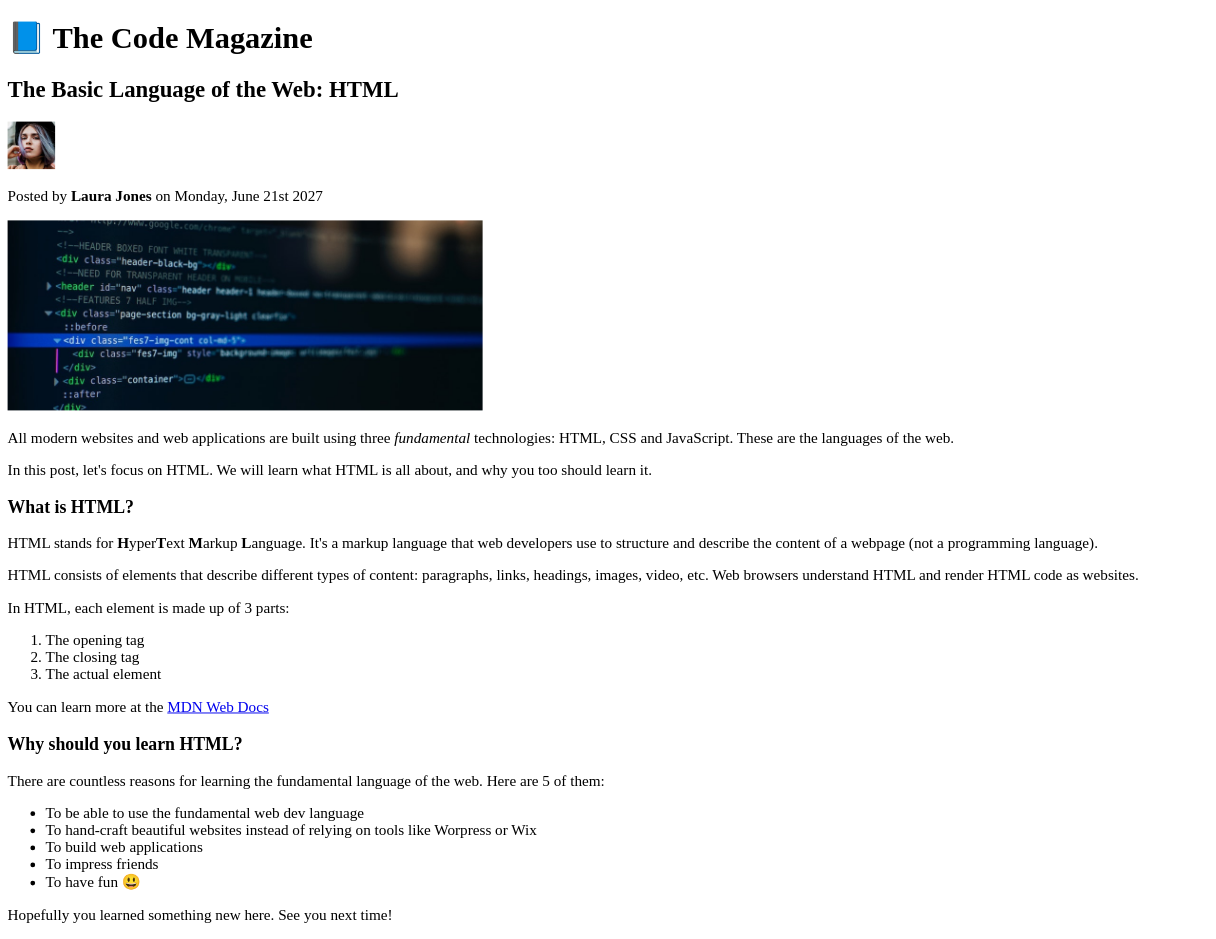
Repository: nghiakma/HTML-CSS-Fundamental
Page: HTML/index.html
These files come from the project's save history. The page is drawn as it stood at one moment and after the next save; the edit follows.
The browser window is 1280 px wide. The pictures show the whole page, at 95% of full size.

Above is the page before, as saved 2023-08-19 17:05:31.

### HTML/index.html
<!DOCTYPE html>
<html lang="en">

<head>
  <meta charset="UTF-8">
  <meta name="viewport" content="width=device-width, initial-scale=1.0">
  <title>The Basic Language of the web: HTML</title>
</head>

<body>
  <h1>📘 The Code Magazine</h1>
  <h2>The Basic Language of the Web: HTML</h2>
  <img src="./laura-jones.jpg" alt="Headshot of Laura Jones" height="50" width="50">
  <p>Posted by <strong>Laura Jones</strong> on Monday, June 21st 2027</p>
  <img src="./post-img.jpg" alt="HTML code on a screen" width="500" height="200">
  <p>
    All modern websites and web applications are built using three <em>fundamental</em> technologies: HTML, CSS and
    JavaScript.
    These are the languages of the web.
  </p>
  <p>
    In this post, let's focus on HTML. We will learn what HTML is all about, and why you too should learn it.
  </p>
  <h3>What is HTML?</h3>
  <p>
    HTML stands for <strong>H</strong>yper<strong>T</strong>ext <strong>M</strong>arkup <strong>L</strong>anguage. It's
    a markup language that web developers use to structure and describe
    the content of a webpage (not a programming language).
  </p>
  <p>
    HTML consists of elements that describe different types of content: paragraphs, links, headings, images, video, etc.
    Web browsers understand HTML and render HTML code as websites.
  </p>
  <p>In HTML, each element is made up of 3 parts:</p>
  <ol>
    <li>The opening tag</li>
    <li>The closing tag</li>
    <li>The actual element</li>
  </ol>
  <p>You can learn more at the <a href="https://developer.mozilla.org/en-US/docs/Web/HTML" target="_blank">MDN Web
      Docs</a></p>
  <h3>Why should you learn HTML?</h3>
  <p>There are countless reasons for learning the fundamental language of the web. Here are 5 of them:</p>
  <ul>
    <li>To be able to use the fundamental web dev language</li>
    <li>To hand-craft beautiful websites instead of relying on tools like Worpress or Wix</li>
    <li>To build web applications</li>
    <li>To impress friends</li>
    <li>To have fun 😃</li>
  </ul>
  <p>Hopefully you learned something new here. See you next time!</p>
</body>

</html>

After the next save:
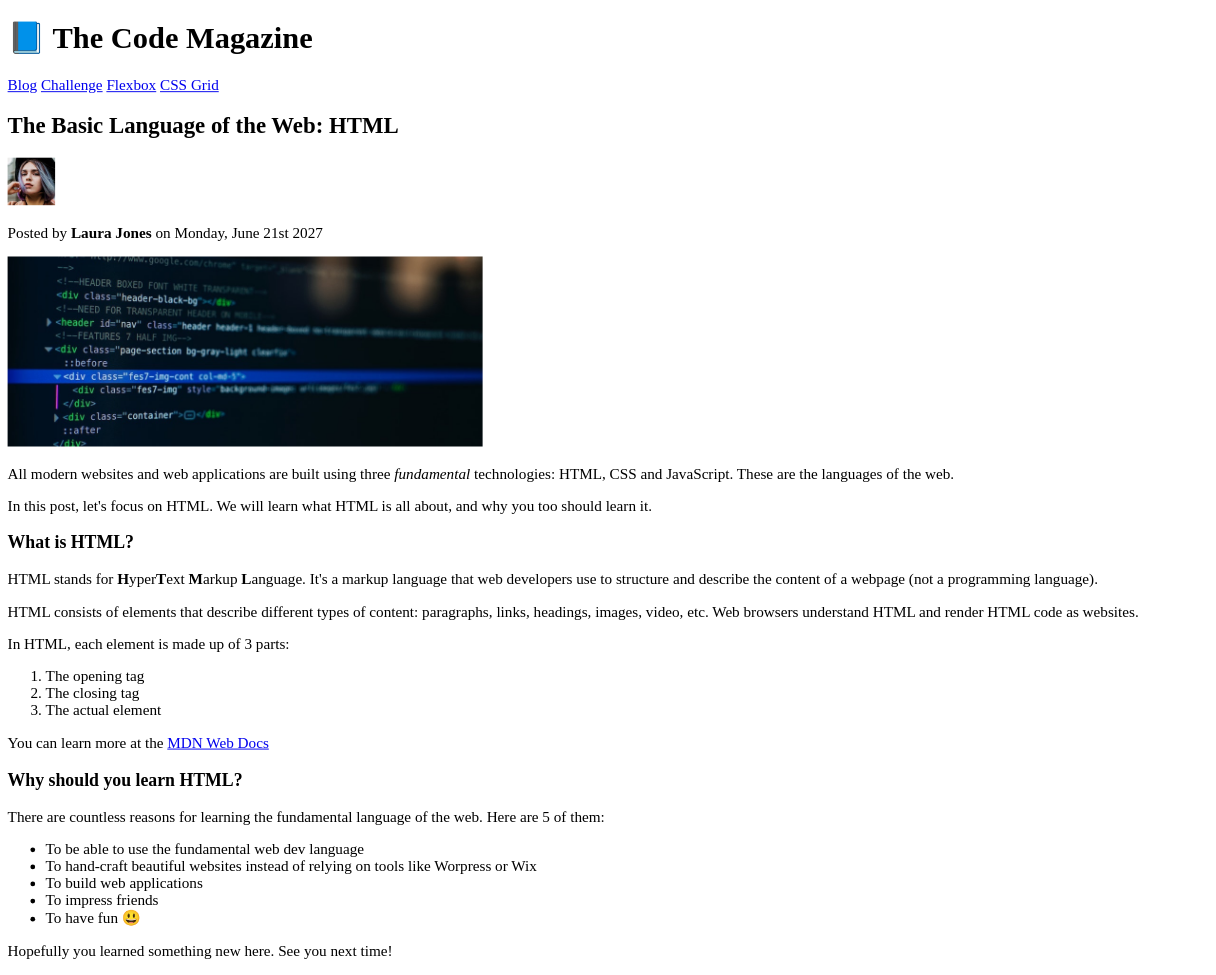
Saved 2 min 20 s later.
--- a/HTML/index.html
+++ b/HTML/index.html
@@ -9,6 +9,10 @@
 
 <body>
   <h1>📘 The Code Magazine</h1>
+  <a href="#">Blog</a>
+  <a href="#">Challenge</a>
+  <a href="#">Flexbox</a>
+  <a href="#">CSS Grid</a>
   <h2>The Basic Language of the Web: HTML</h2>
   <img src="./laura-jones.jpg" alt="Headshot of Laura Jones" height="50" width="50">
   <p>Posted by <strong>Laura Jones</strong> on Monday, June 21st 2027</p>
